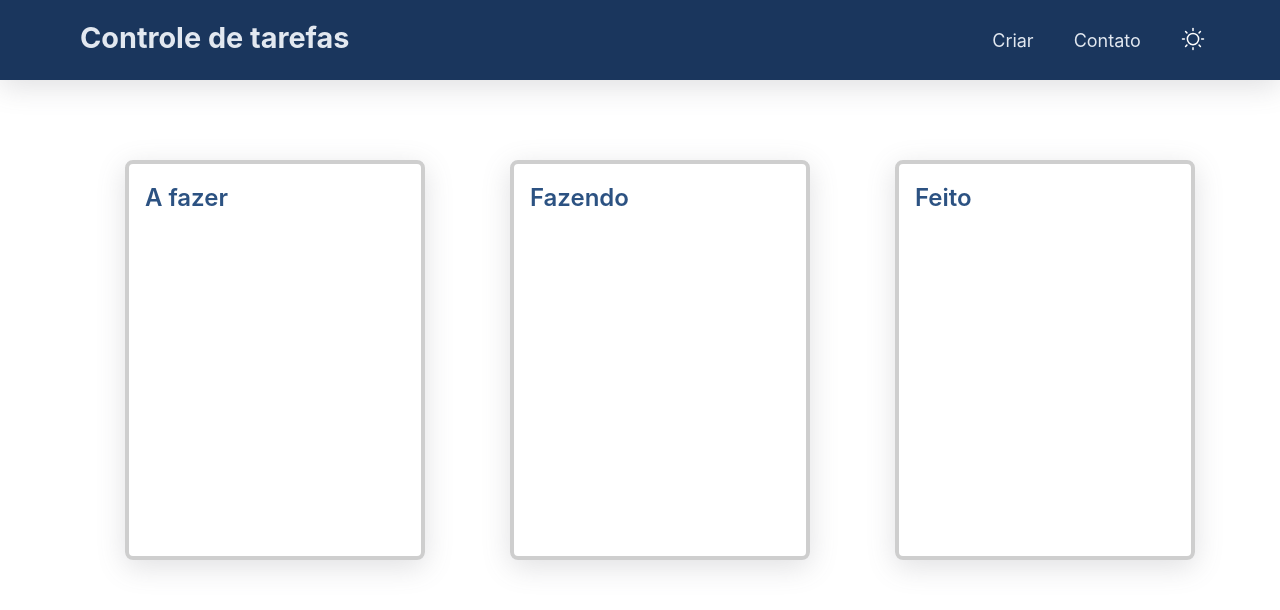
Repository: leosulzbach/Hackaton-Relampago
Page: /home (app in Front/)
An editor plug-in stored every save of this project. The page is shown before and after the next save, followed by the edit.
The browser window is 1280 px wide. The pictures show the whole page.
The page's requests for data from a server got no answer. The project was rebuilt for these pictures with package versions that can differ from the ones it lists, and the page was loaded fresh each time. No one was signed in, and anything a server would have sent is missing. Also part of the build but not shown: Front/vite.config.ts.

Above is the page before, as saved 2022-11-07 16:03:28.

After the next save:
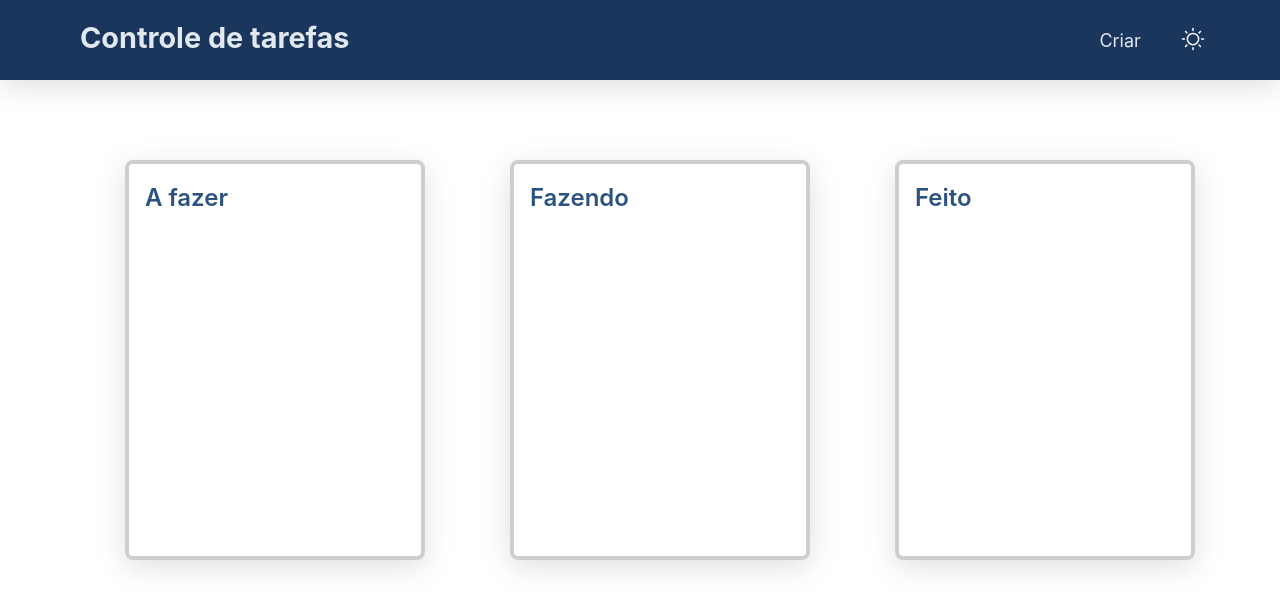
Saved 13 s later.
--- a/Front/src/Components/Header.tsx
+++ b/Front/src/Components/Header.tsx
@@ -54,7 +54,7 @@ export const Header = () => {
                 >
                   Criar
                 </Link>
-                <Link
+                {/* <Link
                     href="/contato"
                     color="gray.200"
                     fontSize={18}
@@ -64,7 +64,7 @@ export const Header = () => {
 
                 >
                     Contato
-                </Link>
+                </Link> */}
                 <Sun size={24} color={"white"} />
             </Flex>
 
